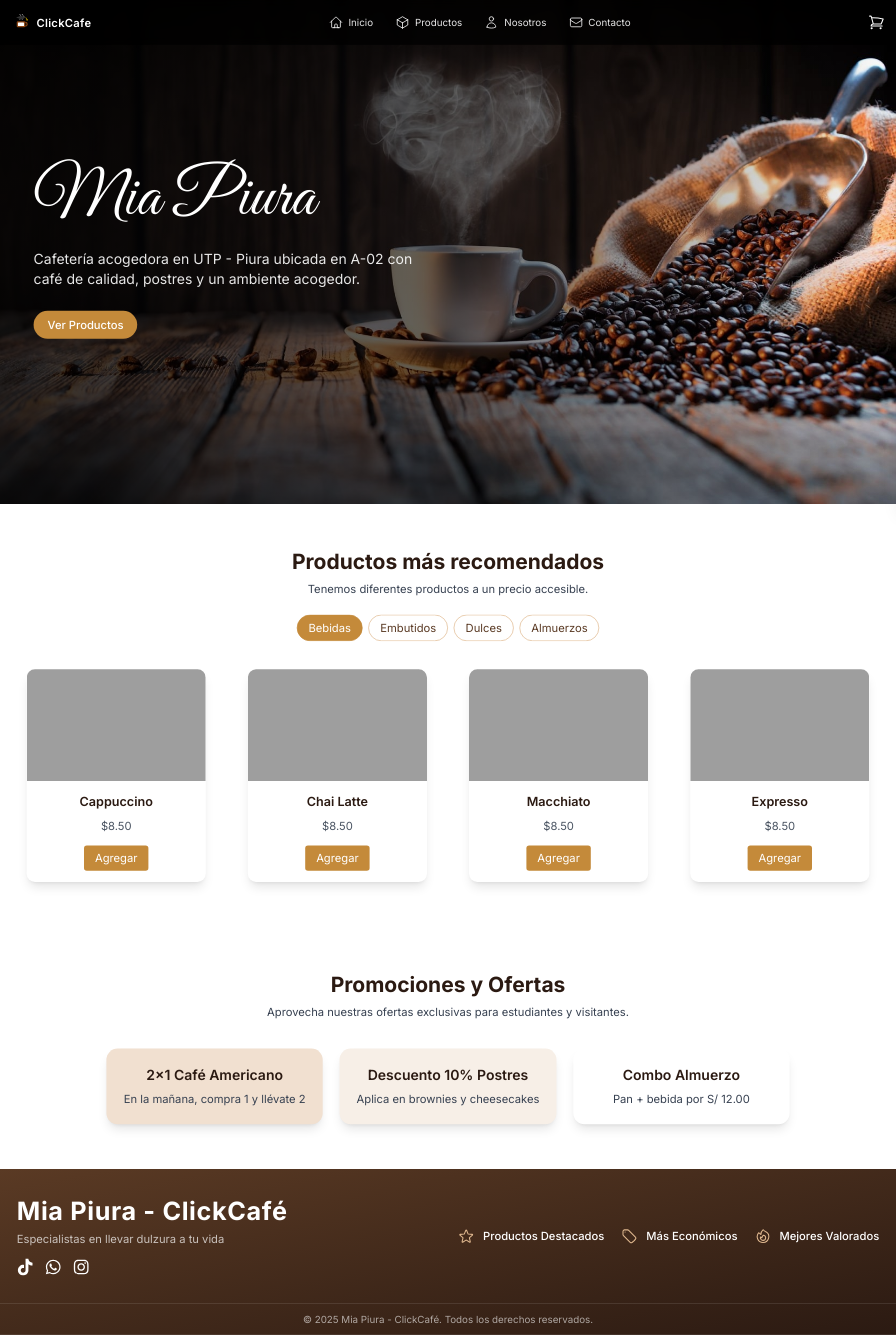
Repository: Adrian-JP777/INTEGRADOR
Page: /home (app in clickcafe/)
The author's editor kept a copy of each file at every save. The page is drawn from the files as they stood at one save, then again after the next save.
The browser window is 1280 px wide. The pictures show the whole page, at 70% of full size.
Pictures or frames that could not be fetched are drawn as grey boxes. The project was rebuilt for these pictures with package versions that can differ from the ones it lists, and the page was loaded fresh each time. Also part of the build but not shown: clickcafe/vite.config.js, clickcafe/src/pages/ProductsPage.jsx, clickcafe/src/pages/AboutPage.jsx, clickcafe/src/layouts/AdminLayout.jsx, clickcafe/src/pages/admin/AdminHomePage.jsx, clickcafe/src/pages/admin/AdminProductsPage.jsx, clickcafe/src/pages/admin/AdminPedidosPage.jsx, clickcafe/src/pages/admin/AdminSalesPage.jsx.

Above is the page before, as saved 2025-09-24 23:36:49.

### clickcafe/index.html
<!doctype html>
<html lang="es">
  <head>
    <meta charset="UTF-8" />
    <meta name="viewport" content="width=device-width, initial-scale=1.0" />
    <title>ClickCafe - Tu café en Piura</title>
    <meta name="description" content="ClickCafe: disfruta café, postres y almuerzos en un ambiente acogedor en Piura." />
    <link rel="icon" type="image/svg+xml" href="/logo.svg" />
    <link href="https://fonts.googleapis.com/css2?family=Great+Vibes&family=Inter:wght@300;400;500;600;700&display=swap" rel="stylesheet">
  </head>
  <body class="bg-white text-cafe-900">
    <div id="root"></div>
    <script type="module" src="/src/main.jsx"></script>
  </body>
</html>

### clickcafe/src/App.jsx
import { useState } from "react";
import { Routes, Route, useLocation, Navigate } from "react-router-dom";

// Componentes usuarios
import Navbar from './components/Navbar';
import Footer from './components/Footer';
import CartDrawer from './components/CartDrawer';
import HomePage from './pages/HomePage';
import ProductsPage from './pages/ProductsPage';
import AboutPage from './pages/AboutPage';

// Componentes admin
import AdminLayout from "./layouts/AdminLayout";
import AdminHomePage from "./pages/admin/AdminHomePage";
import AdminProductsPage from "./pages/admin/AdminProductsPage";
import AdminPedidosPage from "./pages/admin/AdminPedidosPage";
import AdminSalesPage from "./pages/admin/AdminSalesPage";

export default function App() {
  const [openCart, setOpenCart] = useState(false);
  const [cart, setCart] = useState([]);
  const [isAdmin, setIsAdmin] = useState(true);
  const location = useLocation();
  const isHome = location.pathname === '/';

  const addToCart = (prod) => {
    setCart((prev) => {
      const exists = prev.find((p) => p.id === prod.id);
      if (exists) return prev.map((p) => (p.id === prod.id ? { ...p, quantity: p.quantity + 1 } : p));
      return [...prev, { ...prod, quantity: 1 }];
    });
    setOpenCart(true);
  };

  const removeFromCart = (id) => setCart((prev) => prev.filter((p) => p.id !== id));
  const changeQuantity = (id, d) =>
    setCart((prev) => prev.map((p) => (p.id === id ? { ...p, quantity: Math.max(1, p.quantity + d) } : p)));

  return (
    <div className="min-h-screen flex flex-col bg-white">
      {!location.pathname.startsWith('/admin') && (
        <Navbar
          overlay={isHome}
          onOpenCart={() => setOpenCart(true)}
          count={cart.reduce((a, b) => a + b.quantity, 0)}
        />
      )}

      <main className="flex-1">
        <Routes>
          <Route path="/home" element={<HomePage onAdd={addToCart} />} />
          <Route path="/products" element={<ProductsPage onAdd={addToCart} />} />
          <Route path="/about" element={<AboutPage />} />

          {isAdmin && (
            <Route path="/admin" element={<AdminLayout />}>
              <Route index element={<Navigate to="home" replace />} />
              <Route path="home" element={<AdminHomePage />} />
              <Route path="products" element={<AdminProductsPage />} />
              <Route path="pedidos" element={<AdminPedidosPage />} />
              <Route path="sales" element={<AdminSalesPage />} />
            </Route>
          )}

          {!isAdmin && <Route path="/admin/*" element={<Navigate to="/" replace />} />}
        </Routes>
      </main>

      {!location.pathname.startsWith('/admin') && <Footer />}

      <CartDrawer
        open={openCart}
        onClose={() => setOpenCart(false)}
        cart={cart}
        remove={removeFromCart}
        changeQuantity={changeQuantity}
      />
    </div>
  );
}

### clickcafe/src/index.css
@import url('https://fonts.googleapis.com/css2?family=Great+Vibes&family=Inter:wght@300;400;500;600;700&display=swap');

@tailwind base;
@tailwind components;
@tailwind utilities;

@layer components {
  .boton-dorado { @apply bg-cafe-500 text-white rounded-full px-5 py-2 font-medium hover:opacity-90 transition; }
  .titulo-seccion { @apply text-3xl md:text-4xl font-semibold text-cafe-900 text-center; }
  .parrafo-suave { @apply text-cafe-900/70 leading-relaxed; }
}

html, body {
  margin: 0;
  padding: 0;
  background-color: #000;
}

### clickcafe/src/components/Navbar.jsx
import { useState } from "react";
import { Link, NavLink } from "react-router-dom";
import { motion } from "framer-motion";
import {
  HomeIcon,
  CubeIcon,
  UserIcon,
  EnvelopeIcon,
  ShoppingCartIcon,
  Bars3Icon,
  XMarkIcon,
} from "@heroicons/react/24/outline";

export default function Navbar({ onOpenCart, count = 0 }) {
  const [menuOpen, setMenuOpen] = useState(false);

  const links = [
    { to: "/", label: "Inicio", icon: <HomeIcon className="w-5 h-5" /> },
    { to: "/products", label: "Productos", icon: <CubeIcon className="w-5 h-5" /> },
    { to: "/about", label: "Nosotros", icon: <UserIcon className="w-5 h-5" /> },
    { to: "/contact", label: "Contacto", icon: <EnvelopeIcon className="w-5 h-5" /> },
  ];

  return (
    <motion.header
      className="fixed top-0 left-0 right-0 z-50 text-white bg-black/70 backdrop-blur h-16"
      initial={{ y: -80, opacity: 0 }}
      animate={{ y: 0, opacity: 1 }}
      transition={{ duration: 0.6 }}
    >
      <div className="max-w-7xl mx-auto px-4 h-full flex items-center justify-between">
        <motion.div
          initial={{ opacity: 0, y: -20 }}
          animate={{ opacity: 1, y: 0 }}
          transition={{ duration: 0.6 }}
        >
          <Link to="/" className="flex items-center gap-2">
            <img src="/cafeclick.svg" alt="ClickCafe" className="h-7" />
            <span className="font-semibold tracking-wide">ClickCafe</span>
          </Link>
        </motion.div>

        <nav className="hidden md:flex items-center gap-8">
          {links.map((i, idx) => (
            <motion.div
              key={i.to}
              initial={{ opacity: 0, y: -20 }}
              animate={{ opacity: 1, y: 0 }}
              transition={{ duration: 0.6, delay: idx * 0.1 }}
            >
              <NavLink
                to={i.to}
                className={({ isActive }) =>
                  `flex items-center gap-2 text-sm ${
                    isActive ? "text-cafe-300" : "text-white/90 hover:text-white"
                  }`
                }
              >
                {i.icon}
                {i.label}
              </NavLink>
            </motion.div>
          ))}
        </nav>

        <motion.div
          className="flex items-center gap-4"
          initial={{ opacity: 0, y: -20 }}
          animate={{ opacity: 1, y: 0 }}
          transition={{ duration: 0.6, delay: 0.3 }}
        >
          <button
            className="md:hidden focus:outline-none p-1 rounded-lg hover:bg-white/10 transition"
            onClick={() => setMenuOpen(!menuOpen)}
            aria-label="Menú"
          >
            {menuOpen ? <XMarkIcon className="w-7 h-7" /> : <Bars3Icon className="w-7 h-7" />}
          </button>

          <button onClick={onOpenCart} className="relative hover:opacity-80" aria-label="Carrito">
            <ShoppingCartIcon className="w-6 h-6" />
            {count > 0 && (
              <span className="absolute -top-1 -right-1 bg-cafe-500 text-white text-xs rounded-full px-1">
                {count}
              </span>
            )}
          </button>
        </motion.div>
      </div>

      {menuOpen && (
        <motion.div
          initial={{ opacity: 0, y: -20 }}
          animate={{ opacity: 1, y: 0 }}
          exit={{ opacity: 0, y: -20 }}
          transition={{ duration: 0.3 }}
          className="md:hidden bg-black/90 backdrop-blur-sm text-white px-6 py-4 space-y-4"
        >
          {links.map((i) => (
            <NavLink
              key={i.to}
              to={i.to}
              className={({ isActive }) =>
                `flex items-center gap-2 text-base ${
                  isActive ? "text-cafe-300" : "text-white/90 hover:text-white"
                }`
              }
              onClick={() => setMenuOpen(false)}
            >
              {i.icon}
              {i.label}
            </NavLink>
          ))}
        </motion.div>
      )}
    </motion.header>
  );
}

### clickcafe/src/components/CartDrawer.jsx
export default function CartDrawer({ open, onClose, cart, remove, changeQuantity }) {
  const total = cart.reduce((a,b)=> a + b.price * b.quantity, 0)

  return (
    <div className={`fixed inset-0 z-50 ${open? 'pointer-events-auto':'pointer-events-none'}`}>
      {/* Backdrop */}
      <div onClick={onClose} className={`absolute inset-0 bg-black/50 transition ${open? 'opacity-100':'opacity-0'}`} />
      {/* Panel */}
      <aside className={`absolute right-0 top-0 h-full w-full max-w-md bg-white shadow-xl transition-transform ${open? 'translate-x-0':'translate-x-full'}`}>
        <div className="p-4 border-b flex items-center justify-between">
          <h3 className="text-lg font-semibold">Tu carrito</h3>
          <button onClick={onClose} className="text-cafe-700">Cerrar</button>
        </div>
        <div className="p-4 space-y-4 overflow-y-auto h-[calc(100%-160px)]">
          {cart.length===0 && <p className="text-cafe-900/60">Aún no agregas productos.</p>}
          {cart.map(p => (
            <div key={p.id} className="flex gap-3 items-center">
              <img src={p.image} alt={p.name} className="w-16 h-16 rounded object-cover"/>
              <div className="flex-1">
                <div className="font-medium">{p.name}</div>
                <div className="text-sm text-cafe-900/70">S/{p.price.toFixed(2)}</div>
                <div className="flex items-center gap-2 mt-1">
                  <button onClick={()=>changeQuantity(p.id, -1)} className="px-2 border rounded">-</button>
                  <span>{p.quantity}</span>
                  <button onClick={()=>changeQuantity(p.id, +1)} className="px-2 border rounded">+</button>
                </div>
              </div>
              <button onClick={()=>remove(p.id)} className="text-red-600 text-sm">Quitar</button>
            </div>
          ))}
        </div>
        <div className="p-4 border-t">
          <div className="flex items-center justify-between mb-3">
            <span className="font-medium">Total</span>
            <span className="font-semibold">S/{total.toFixed(2)}</span>
          </div>
          <button className="w-full boton-dorado">Pagar</button>
        </div>
      </aside>
    </div>
  )
}

### clickcafe/src/pages/HomePage.jsx
// src/pages/HomePage.jsx
import Hero from "../components/Hero";
import ProductTabs from "../components/ProductTabs";
import Promotions from "../components/Promotions"; // Nuevo componente

export default function HomePage({ onAdd }) {
  return (
    <main className="flex flex-col min-h-screen bg-white">
      <Hero />
      <ProductTabs onAdd={onAdd} />
      <Promotions /> {/* Aquí mostramos promociones u ofertas */}
    </main>
  );
}

### clickcafe/src/components/Hero.jsx
import { motion } from "framer-motion";
import Boton from "./ui/boton";

export default function Hero() {
  const fondo = "/hero.jpg";

  return (
    <section className="relative min-h-screen grid items-center text-white overflow-hidden">
      {/* Imagen de fondo */}
      <div
        className="absolute inset-0 bg-cover bg-center md:bg-right"
        style={{ backgroundImage: `url(${fondo})` }}
        aria-hidden="true"
      />
      {/* Gradiente */}
      <div className="absolute inset-0 bg-gradient-to-r from-black/80 via-black/60 to-transparent" />

      {/* Contenido */}
      <div className="relative z-10 max-w-6xl px-6 md:px-12 text-center md:text-left">
        <motion.h1
          className="font-marca text-4xl sm:text-5xl md:text-7xl lg:text-8xl leading-tight"
          initial={{ opacity: 0, y: 50 }}
          animate={{ opacity: 1, y: 0 }}
          transition={{ duration: 0.8 }}
        >
          Mia Piura
        </motion.h1>

        <motion.p
          className="mt-6 max-w-md sm:max-w-lg md:max-w-xl text-white/90 mx-auto md:mx-0 text-base sm:text-lg md:text-xl"
          initial={{ opacity: 0, y: 30 }}
          animate={{ opacity: 1, y: 0 }}
          transition={{ duration: 1, delay: 0.2 }}
        >
          Cafetería acogedora en UTP - Piura ubicada en A-02 con café de calidad, postres y un ambiente acogedor.
        </motion.p>

        <motion.div
          className="mt-8 flex justify-center md:justify-start"
          initial={{ opacity: 0, y: 20 }}
          animate={{ opacity: 1, y: 0 }}
          transition={{ duration: 1, delay: 0.4 }}
        >
          <Boton
            onClick={() =>
              document.getElementById("recomendados")?.scrollIntoView({ behavior: "smooth" })
            }
          >
            Ver Productos
          </Boton>
        </motion.div>
      </div>
    </section>
  );
}

### clickcafe/src/components/ProductTabs.jsx
import { motion } from "framer-motion";
import { useMemo, useState } from "react";
import { CATEGORIES, products } from "../data/products";
import ProductCard from "./ProductCard";

export default function ProductTabs({ onAdd }) {
  const [category, setCategory] = useState("Bebidas");
  const filtered = useMemo(
    () => products.filter((p) => p.category === category),
    [category]
  );

  return (
    <section id="recomendados" className="py-16 bg-white">
      <div className="max-w-7xl mx-auto px-4 sm:px-6">
        <motion.h2
          className="titulo-seccion text-center text-3xl font-bold"
          initial={{ opacity: 0, y: -30 }}
          whileInView={{ opacity: 1, y: 0 }}
          viewport={{ once: false, amount: 0.3 }}
          transition={{ duration: 0.6 }}
        >
          Productos más recomendados
        </motion.h2>

        <motion.p
          className="text-center mt-2 parrafo-suave text-gray-700"
          initial={{ opacity: 0, y: 20 }}
          whileInView={{ opacity: 1, y: 0 }}
          viewport={{ once: false, amount: 0.3 }}
          transition={{ duration: 0.6, delay: 0.2 }}
        >
          Tenemos diferentes productos a un precio accesible.
        </motion.p>

        <div className="mt-6 flex gap-2 overflow-x-auto scrollbar-hide justify-start sm:justify-center">
          {CATEGORIES.map((c) => (
            <button
              key={c}
              onClick={() => setCategory(c)}
              className={`px-4 py-1.5 whitespace-nowrap rounded-full border ${
                category === c
                  ? "bg-cafe-500 text-white border-cafe-500"
                  : "border-cafe-300 text-cafe-700 hover:bg-cafe-100"
              }`}
            >
              {c}
            </button>
          ))}
        </div>

        <div className="mt-10 grid grid-cols-2 md:grid-cols-3 lg:grid-cols-4 gap-6 sm:gap-8">
          {filtered.map((p, i) => (
            <motion.div
              key={p.id}
              initial={{ opacity: 0, y: 50, scale: 0.9 }}
              whileInView={{ opacity: 1, y: 0, scale: 1 }}
              viewport={{ once: false, amount: 0.2 }}
              transition={{ duration: 0.6, delay: i * 0.1 }}
              className="w-full flex justify-center"
            >
              <ProductCard product={p} onAdd={onAdd} />
            </motion.div>
          ))}
        </div>
      </div>
    </section>
  );
}

### clickcafe/src/components/Promotions.jsx
import { motion } from "framer-motion";

export default function Promotions() {
  const offers = [
    { title: "2x1 Café Americano", desc: "En la mañana, compra 1 y llévate 2", color: "bg-cafe-100" },
    { title: "Descuento 10% Postres", desc: "Aplica en brownies y cheesecakes", color: "bg-cafe-50" },
    { title: "Combo Almuerzo", desc: "Pan + bebida por S/ 12.00", color: "bg-cafe-200" },
  ];

  return (
    <section className="py-16 bg-white">
      <div className="max-w-5xl mx-auto px-6">
        <motion.h2
          className="titulo-seccion text-center text-3xl font-bold"
          initial={{ opacity: 0, y: -30 }}
          whileInView={{ opacity: 1, y: 0 }}
          viewport={{ once: false, amount: 0.3 }}
          transition={{ duration: 0.6 }}
        >
          Promociones y Ofertas
        </motion.h2>

        <motion.p
          className="text-center mt-2 parrafo-suave text-gray-700"
          initial={{ opacity: 0, y: 20 }}
          whileInView={{ opacity: 1, y: 0 }}
          viewport={{ once: false, amount: 0.3 }}
          transition={{ duration: 0.6, delay: 0.2 }}
        >
          Aprovecha nuestras ofertas exclusivas para estudiantes y visitantes.
        </motion.p>

        <div className="mt-10 grid md:grid-cols-3 gap-6">
          {offers.map((o, i) => (
            <motion.div
              key={i}
              initial={{ opacity: 0, y: 50 }}
              whileInView={{ opacity: 1, y: 0 }}
              viewport={{ once: false, amount: 0.3 }}
              transition={{ duration: 0.6, delay: i * 0.2 }}
              className={`${o.color} p-6 rounded-2xl shadow-lg flex flex-col items-center text-center`}
            >
              <h3 className="font-semibold text-xl mb-2">{o.title}</h3>
              <p className="text-gray-700">{o.desc}</p>
            </motion.div>
          ))}
        </div>
      </div>
    </section>
  );
}

### clickcafe/src/components/ProductCard.jsx
// ProductCard.jsx
export default function ProductCard({ product, onAdd }) {
  return (
    <div className="bg-white rounded-xl shadow-lg overflow-hidden w-64 flex flex-col items-center">
      {product.image && (
        <img
          src={product.image}
          alt={product.name}
          className="w-full h-40 object-cover"
        />
      )}
      <div className="p-4 flex flex-col items-center gap-2 text-center">
        <h3 className="font-semibold text-lg">{product.name}</h3>
        <p className="text-gray-600">${product.price.toFixed(2)}</p>
        <button
          onClick={() => onAdd(product)}
          className="mt-2 px-4 py-1.5 bg-cafe-500 text-white rounded hover:bg-cafe-600 transition"
        >
          Agregar
        </button>
      </div>
    </div>
  )
}

### clickcafe/src/components/ui/boton.jsx
export default function Boton({ className = "", children, ...props }) {
  return (
    <button className={`boton-dorado ${className}`} {...props}>
      {children}
    </button>
  )
}

Loaded but not shown: clickcafe/src/main.jsx (common file); clickcafe/src/data/products.js (11 lines, source omitted); clickcafe/tailwind.config.js (23 lines, source omitted); clickcafe/src/components/Footer.jsx (111 lines, source omitted)

After the next save:
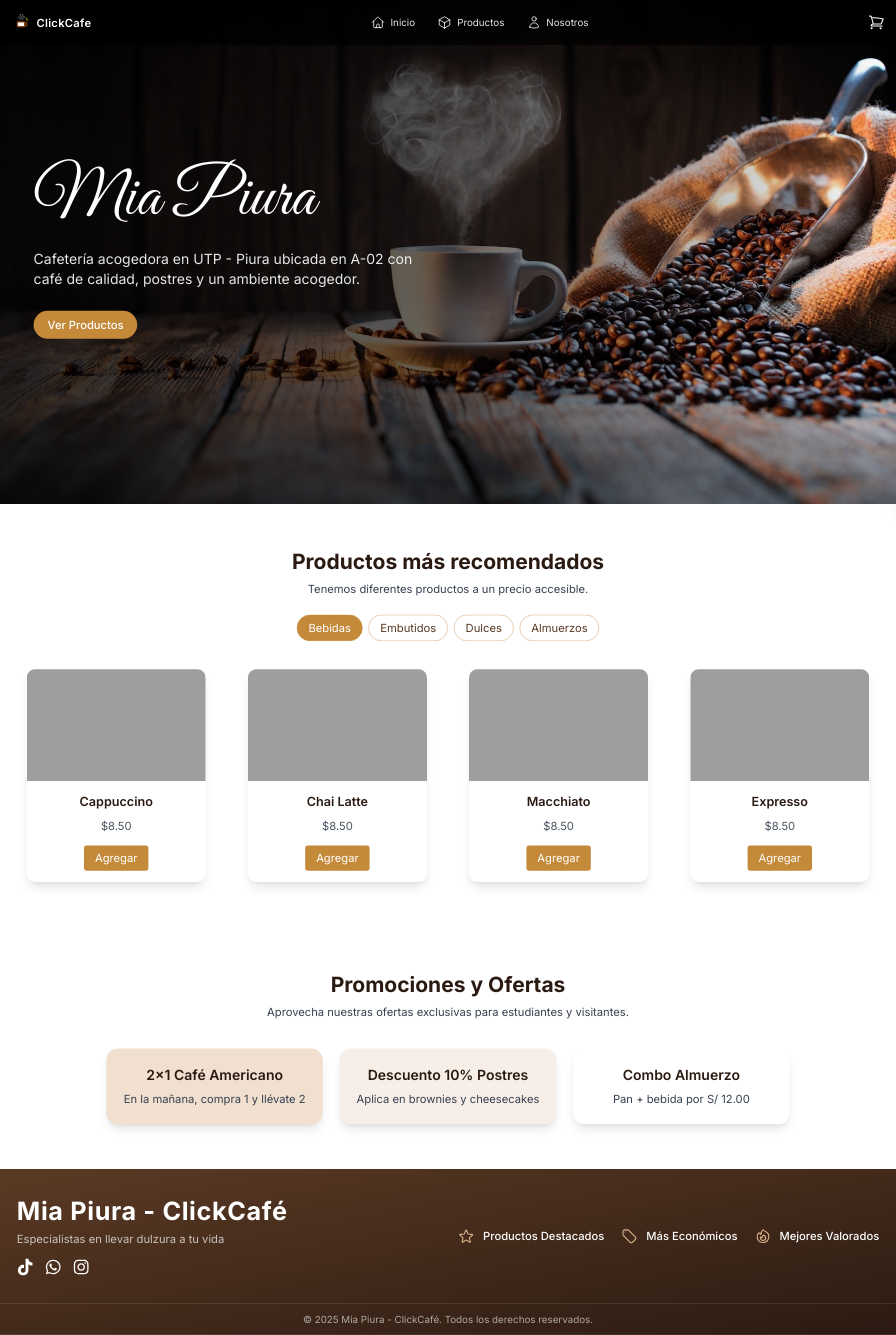
Saved 105 s later.
--- a/clickcafe/src/components/Navbar.jsx
+++ b/clickcafe/src/components/Navbar.jsx
@@ -5,7 +5,6 @@ import {
   HomeIcon,
   CubeIcon,
   UserIcon,
-  EnvelopeIcon,
   ShoppingCartIcon,
   Bars3Icon,
   XMarkIcon,
@@ -18,7 +17,7 @@ export default function Navbar({ onOpenCart, count = 0 }) {
     { to: "/", label: "Inicio", icon: <HomeIcon className="w-5 h-5" /> },
     { to: "/products", label: "Productos", icon: <CubeIcon className="w-5 h-5" /> },
     { to: "/about", label: "Nosotros", icon: <UserIcon className="w-5 h-5" /> },
-    { to: "/contact", label: "Contacto", icon: <EnvelopeIcon className="w-5 h-5" /> },
+    // { to: "/contact", label: "Contacto", icon: <EnvelopeIcon className="w-5 h-5" /> }, // eliminado
   ];
 
   return (
